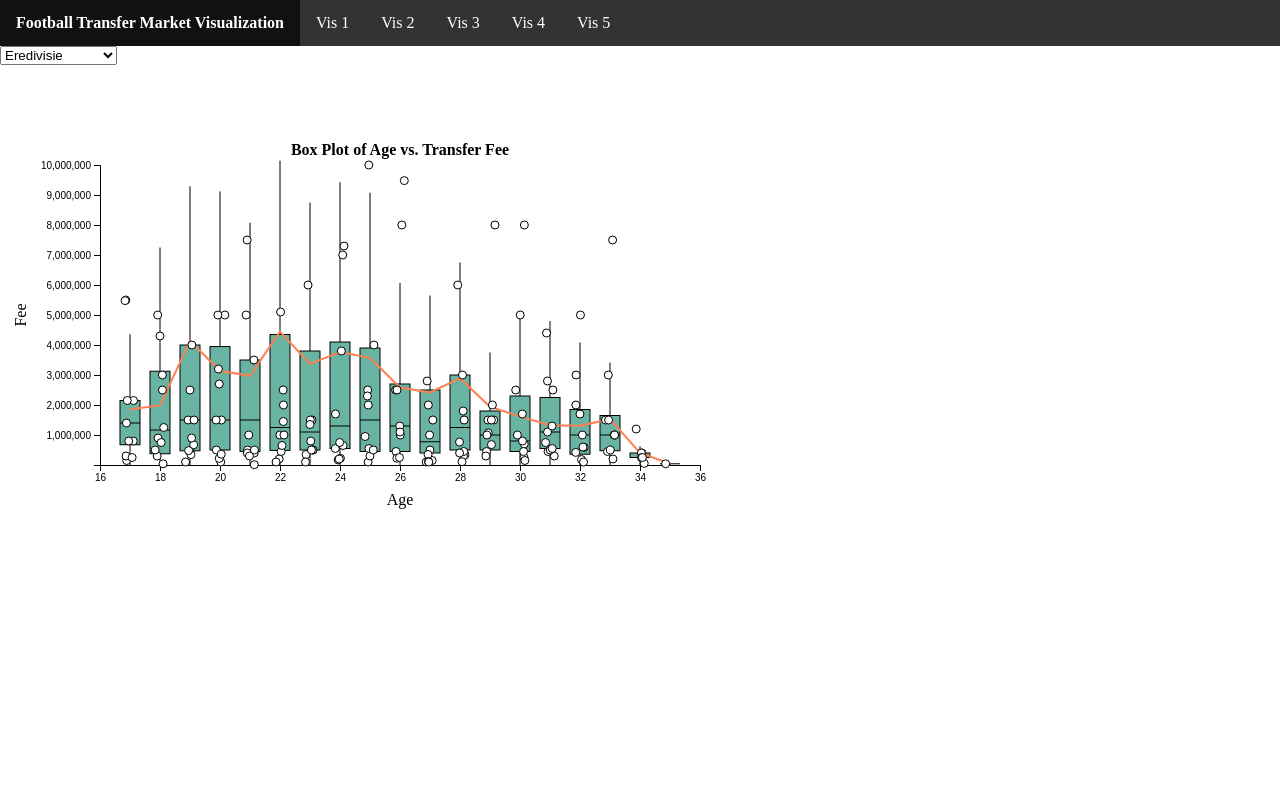
Repository: cedricshan/Football-Transfer-Market-Visualization
Page: dashboard/BoxPlot.html
These files come from the project's save history. The page is drawn as it stood at one moment and after a run of saves; the edit follows.
The browser window is 1280 px wide. The pictures show the whole page.

Above is the page before, as saved 2023-10-18 22:06:24.

After the next 2 saves:
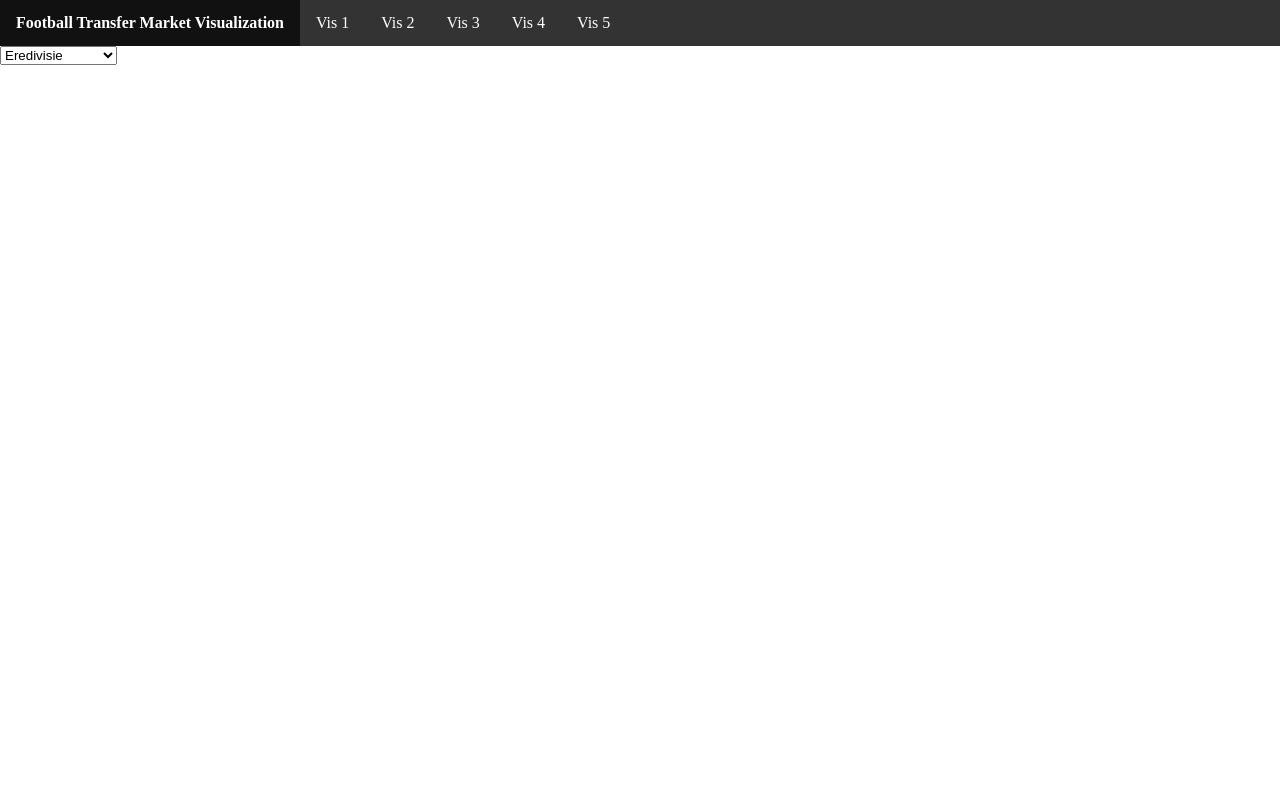
The 2 saves are shown as one change because they came seconds apart.
The last was saved 9 s later.
--- a/dashboard/BoxPlot.js
+++ b/dashboard/BoxPlot.js
@@ -44,7 +44,7 @@ function loadAndVisualizeData(filename) {
                 const q1 = d3.quantile(fees, 0.25);
                 const median = d3.quantile(fees, 0.5);
                 const q3 = d3.quantile(fees, 0.75);
-
+                const top=q1 = d3.quantile(fees, 0.25);
                 const interQuantileRange = q3 - q1;
                 const min = 0;
                 const max = q3 + 1.5 * interQuantileRange;
